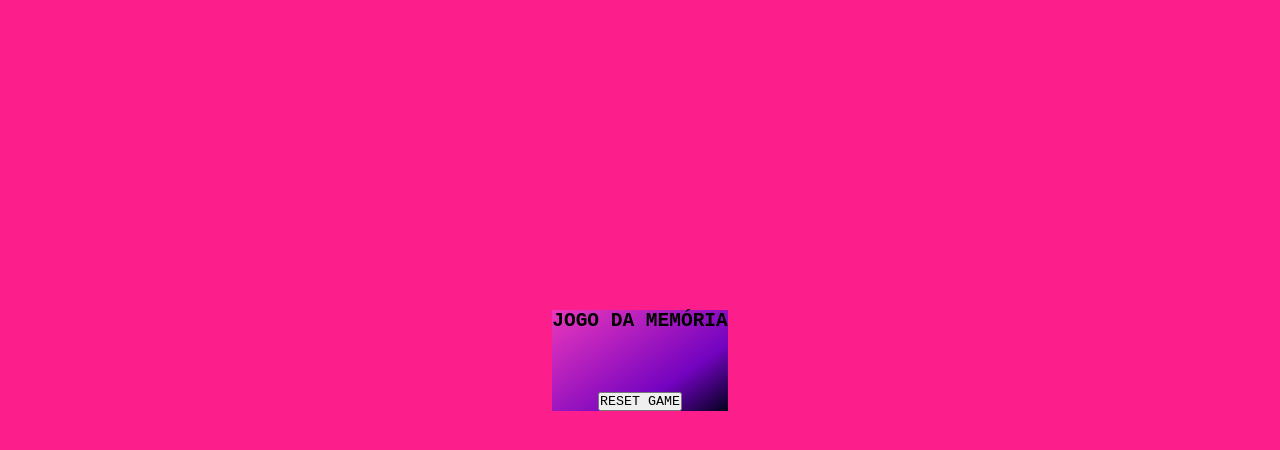
Repository: gustavotwist/memory-game
Page: index.html
These files come from the project's save history. The page is drawn as it stood at one moment and after a run of saves; the edit follows.
The browser window is 1280 px wide. The pictures show the whole page.

Above is the page before, as saved 2024-10-14 21:59:09.

### index.html
<!DOCTYPE html>
<html lang="pt-br">
<head>
    <meta charset="UTF-8">
    <meta name="viewport" content="width=device-width, initial-scale=1.0">
    <title>Jogo Da Memória</title>
    <link rel="stylesheet" href="./src/styles/reset.css">
    <link rel="stylesheet" href="./src/styles/main.css">
</head>
<body>
    <div class="container">
        <h2>JOGO DA MEMÓRIA</h2>
        <div class="game"></div>
        <button class="reset"
        onclick="window.location.reload()"
        >RESET GAME</button>
    </div>


    <script src="./src/scripts/engine.js" defer></script>
</body>
</html>

### src/styles/main.css
body {
    display: flex;
    justify-content: center;
    align-items: center;
    min-height: 100vh;
    background: #fc1e8a;
}

.container {
    position: relative;
    display: flex;
    flex-direction: column;
    justify-content: center;
    align-items: center;
    gap: 30px;
    background: linear-gradient(325deg, #03001e 0%, #7303c0 30%, #ec38bc);
}

Loaded but not shown: src/styles/reset.css (common file); src/scripts/engine.js (no copy from this time; the picture is the same without it)

After the next 4 saves:
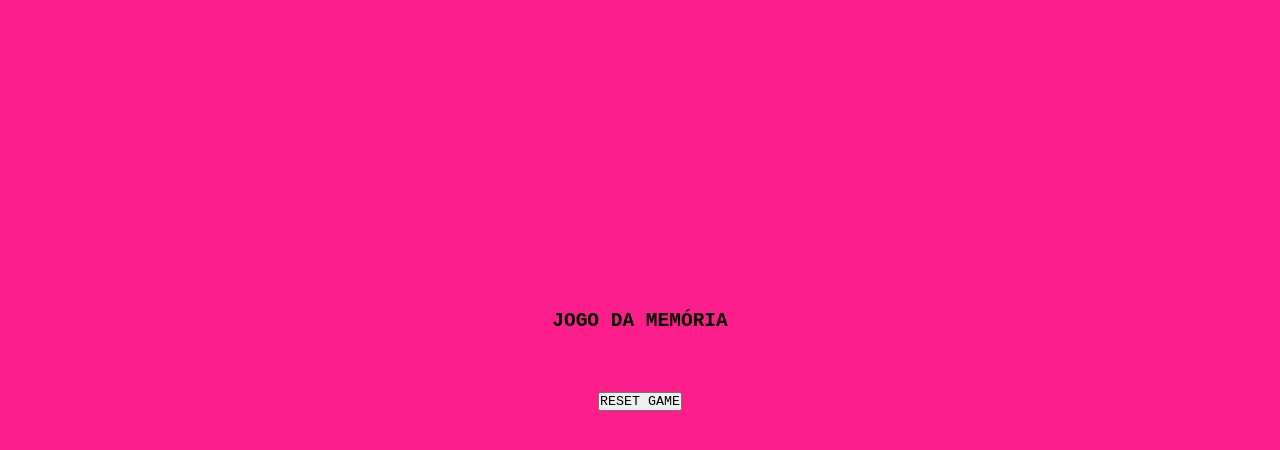
The 4 saves are shown as one change because they came seconds apart.
The last was saved 29 s later.
--- a/src/styles/main.css
+++ b/src/styles/main.css
@@ -13,5 +13,5 @@ body {
     justify-content: center;
     align-items: center;
     gap: 30px;
-    background: linear-gradient(325deg, #03001e 0%, #7303c0 30%, #ec38bc);
+    background: linear-gradient(325deg, #03001e 0%, #7303c0 30%, #ec38bc 70%, );
 }
